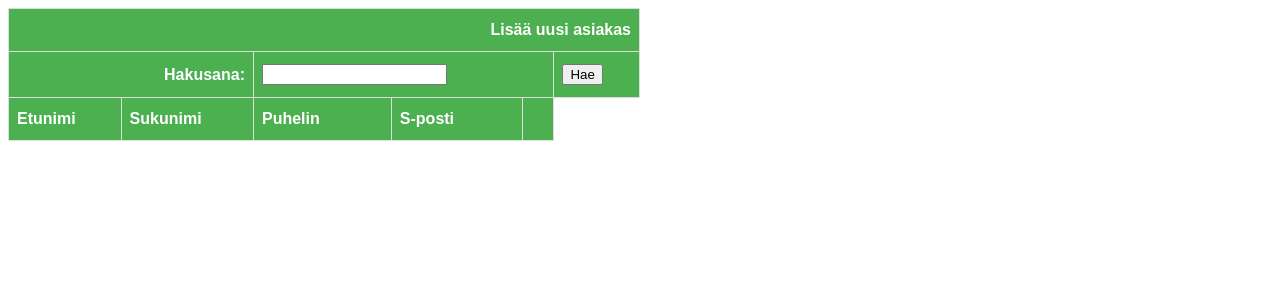
Repository: Lateh13/Asiakkaat
Page: http://localhost/Asiakkaat/listaaasiakkaat.jsp
The author's editor kept a copy of each file at every save. The page is drawn from the files as they stood at one save, then again after the next save.
The browser window is 1280 px wide. The pictures show the whole page.
The page is served by Tomcat 9. Queries for data that is not in the repository find no rows.

Above is the page before, as saved 2020-05-13 19:40:21.

After the next save:
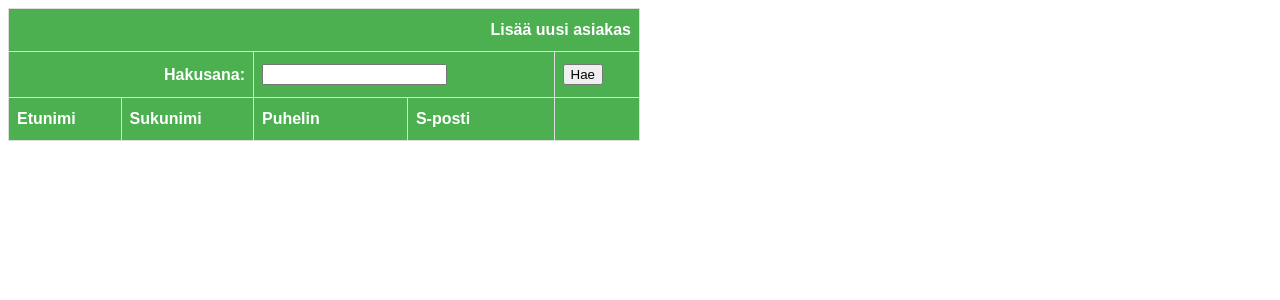
Saved 16 s later.
--- a/Asiakkaat/WebContent/listaaasiakkaat.jsp
+++ b/Asiakkaat/WebContent/listaaasiakkaat.jsp
@@ -12,12 +12,12 @@
 <table id="listaus">
 	<thead>
 		<tr>
-			<th colspan="6" class="oikealle"><span id="uusiAsiakas">Lisää uusi asiakas</span></th>
+			<th colspan="5" class="oikealle"><span id="uusiAsiakas">Lisää uusi asiakas</span></th>
 		</tr>
 		<tr>
 			<th class="oikealle" colspan="2">Hakusana:</th>
-			<th colspan="3"><input type="text" id="haettava" size="20"></th>
-			<th colspan="2"><input type="submit" value="Hae" id="hakunappi"></th>
+			<th colspan="2"><input type="text" id="haettava" size="20"></th>
+			<th><input type="submit" value="Hae" id="hakunappi"></th>
 		</tr>
   		<tr>
 	    	<th>Etunimi</th>
